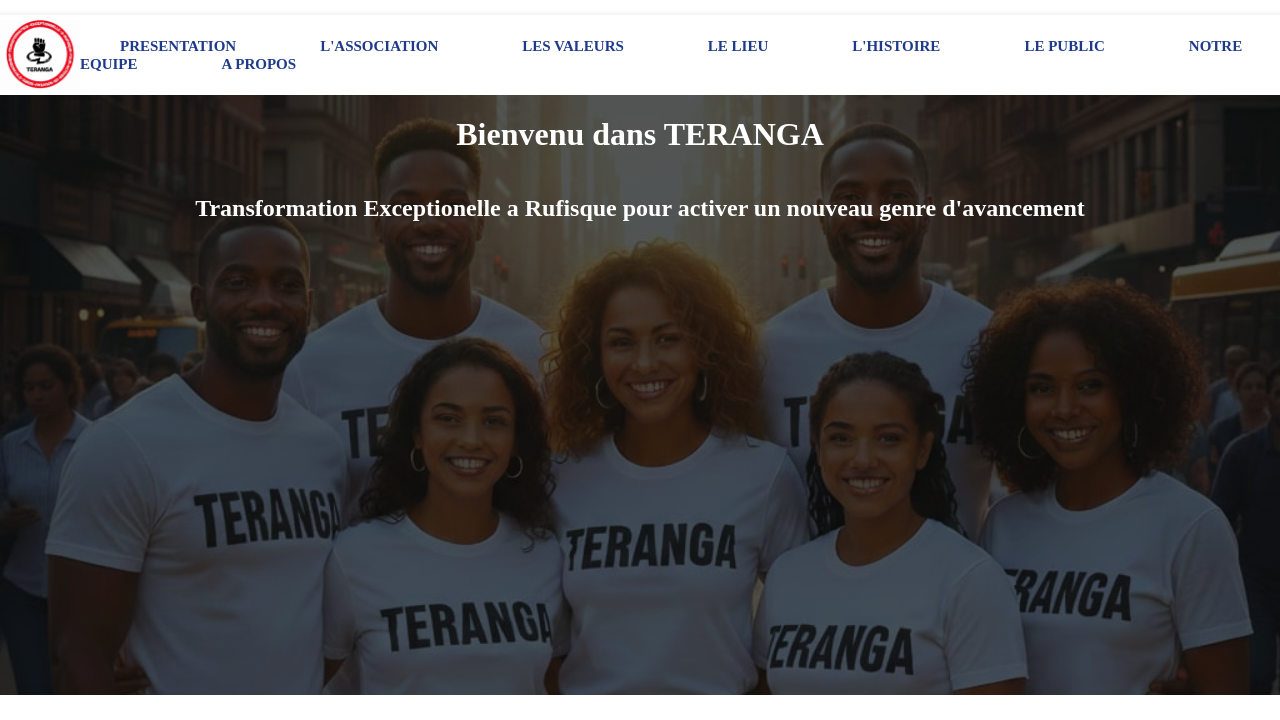
Repository: assanendao171/projet-teranga
Page: presentation.html
The author's editor kept a copy of each file at every save. The page is drawn from the files as they stood at one save, then again after a run of saves.
The browser window is 1280 px wide. The pictures show the whole page.

Above is the page before, as saved 2026-02-11 12:15:53.

### presentation.html
<!DOCTYPE html>
<html lang="en">
<head>
    <meta charset="UTF-8">
    <meta name="viewport" content="width=device-width, initial-scale=1.0">
    <title>Document</title>
    <link rel="stylesheet" href="presentation.css">
</head>
<body>
<!-- l'entete -->
 <header>
        <!-- logo -->
<img src="image/logo.jpeg" alt="" class="logo">
<div class="btn-nav">

    <nav>

<a href="presentation.html" target="_blank">PRESENTATION</a>
<a href="association.html" target="_blank">L'ASSOCIATION</a>
<a href="valeur.html" target="_blank">LES VALEURS</a>
<a href="lieu.html" target="_blank">LE LIEU</a>
<a href="histoire.html" target="_blank">L'HISTOIRE</a>
<a href="public.html" target="_blank">LE PUBLIC</a>
<a href="equipe.html" target="_blank">NOTRE EQUIPE</a>
<a href="propos.html" target="_blank">A PROPOS</a>
    </nav>
</div>
 </header>
 <!-- le hero -->
  <div class="hero">
<div class="texte-accrosse">
    <h1>Bienvenu dans TERANGA</h1>
    <h2>Transformation Exceptionelle a Rufisque pour activer un nouveau genre d'avancement </h2>
</div>
  </div>
 <!-- le corps -->
  <main></main>
  <!-- le pieds -->
   <footer></footer>
</body>
</html>

### presentation.css
body{
    margin: 15px 0 5px 0;
}
header{
width: 100%;
height: 80px;
background-color: #FFFFFF;
box-shadow: 2px 6px 6px 6px rgba(0, 0, 0, 0.1);
display: flex;
align-items: center;
justify-content: center;
}
nav a{
    margin: 40px;
    color: #1E3A8A;
    text-decoration: none;
    font-size: 15px;
    font-weight:900;
}
nav a:hover{
    text-decoration: underline;
}
.logo{
    width: 80px;
left: 10px;
}
.hero{
  width:100%;
  height:600px ;
  background-image:
    linear-gradient(rgba(0, 0, 0, 0.6), rgba(0, 0, 0, 0.6)),
    url("image/background.jpeg");
  background-size: cover;
  background-position: top;
  background-repeat: no-repeat;
}
.texte-accrosse{
display: flex;
flex-direction: column;
justify-content: center;
align-items: center;
    color: rgb(255, 255, 255);
    fon
}

After the next 2 saves:
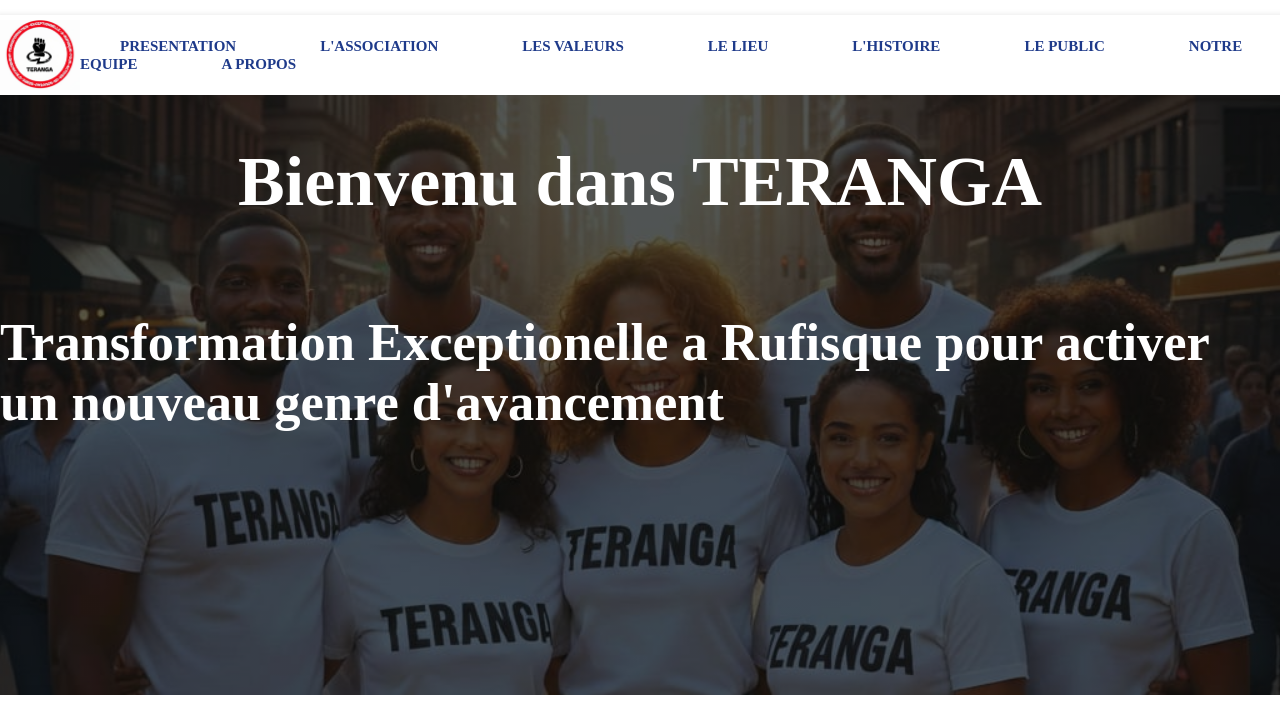
The 2 saves are shown as one change because they came seconds apart.
The last was saved 6 s later.
--- a/presentation.css
+++ b/presentation.css
@@ -40,5 +40,5 @@ flex-direction: column;
 justify-content: center;
 align-items: center;
     color: rgb(255, 255, 255);
-    fon
+    font-size: 35px;
 }
